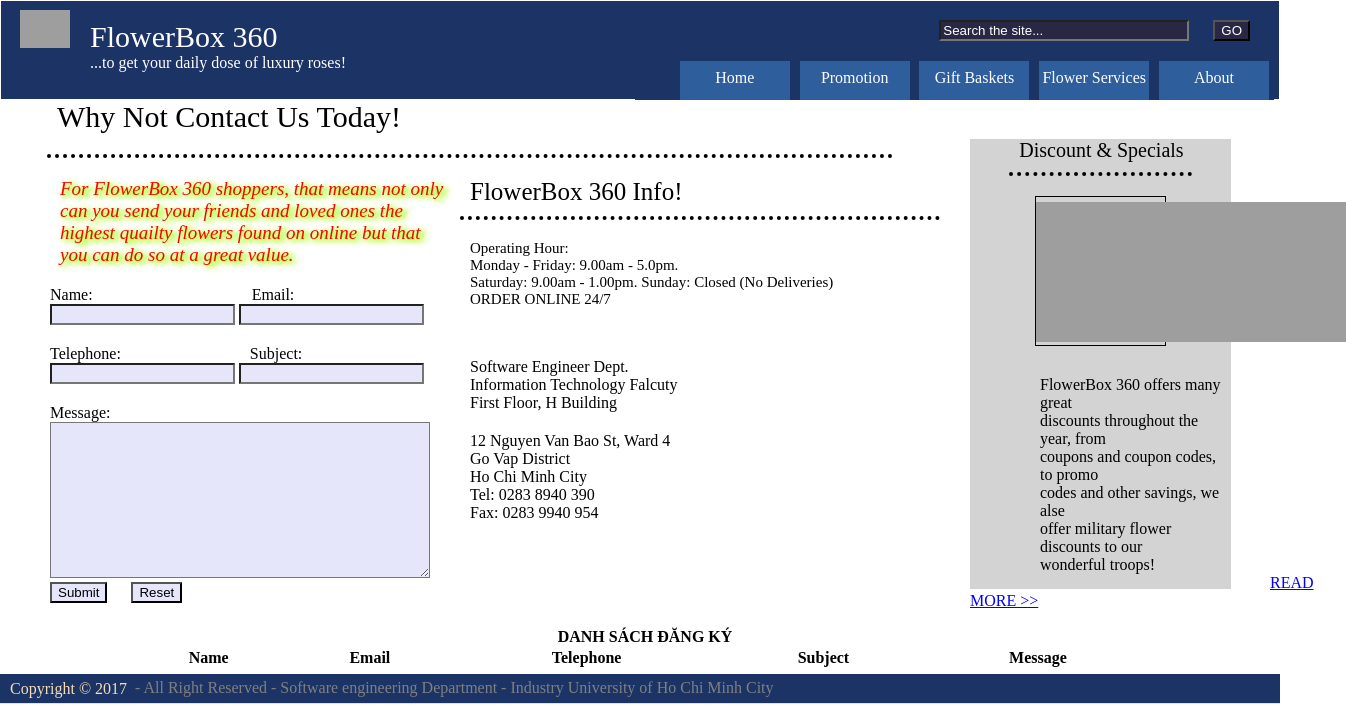
Repository: G1tHub-zer0/BTTH
Page: KT/index.html
These files come from the project's save history. The page is drawn as it stood at one moment and after the next save; the edit follows.
The browser window is 1280 px wide. The page is 1346 px wide, then 1314 px, so the pictures cover 1346 px, including what lies to the right of the window. The pictures show the whole page.
Pictures or frames that could not be fetched are drawn as grey boxes.

Above is the page before, as saved 2024-04-12 14:19:43.

After the next save:
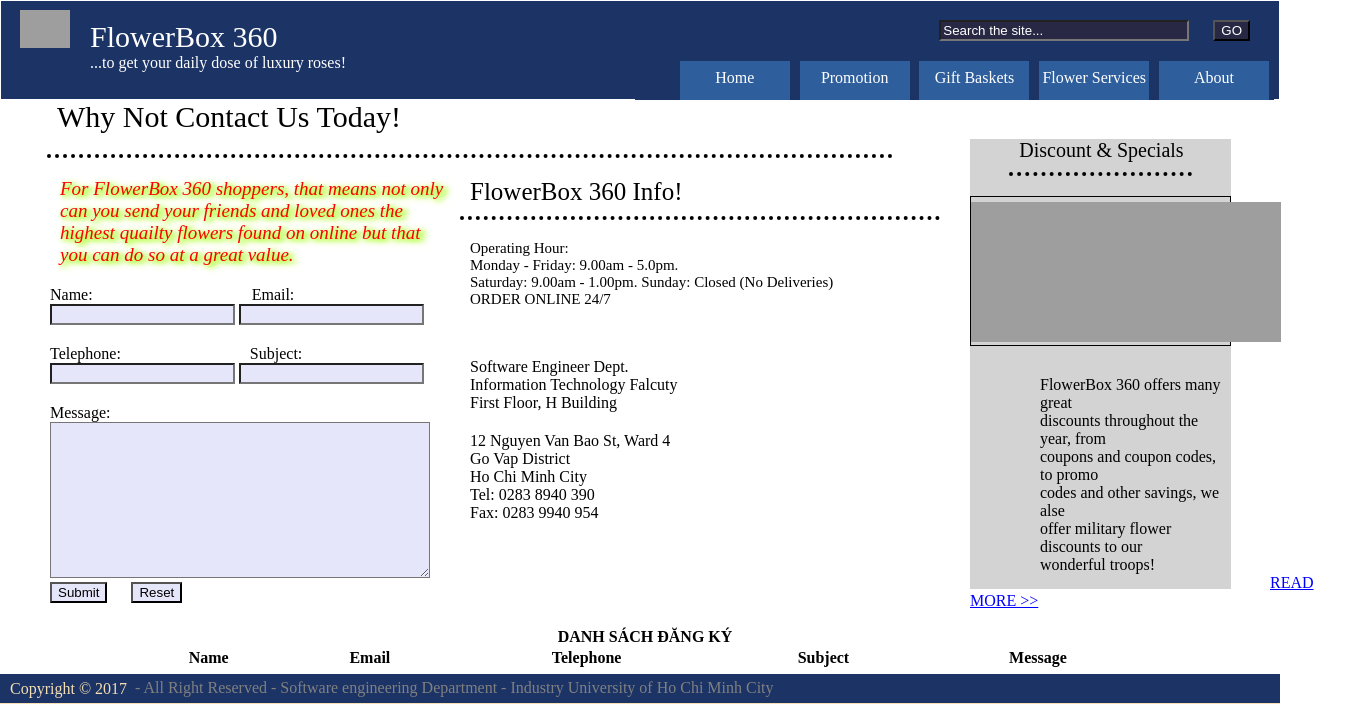
Saved 7 s later.
--- a/KT/app.css
+++ b/KT/app.css
@@ -178,8 +178,8 @@ section .title p {
   margin-bottom: 10px;
 }
 section .image {
-  position: relative;
-  width: 50%;
+  /* position: relative; */
+  width: ;
   height: 150px;
   border: 1px solid;
   margin-top: 20px;
